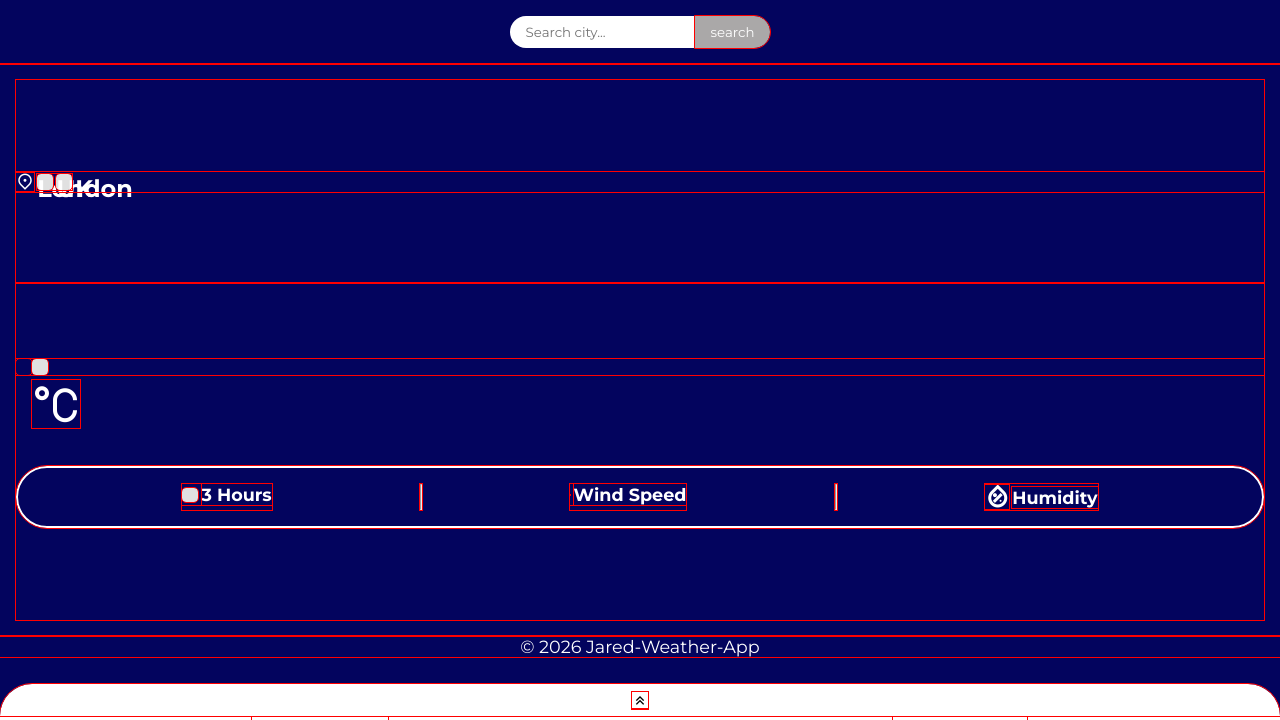
Repository: EguJaredoBoyd/Jared-Weather-App
Page: main.html
These files come from the project's save history. The page is drawn as it stood at one moment and after the next save; the edit follows.
The browser window is 1280 px wide. The pictures show the whole page.
Some icons come from a web library that is not loaded, so they are not drawn. Some web libraries are served in a nearby version.

Above is the page before, as saved 2026-02-12 05:09:08.

After the next save:
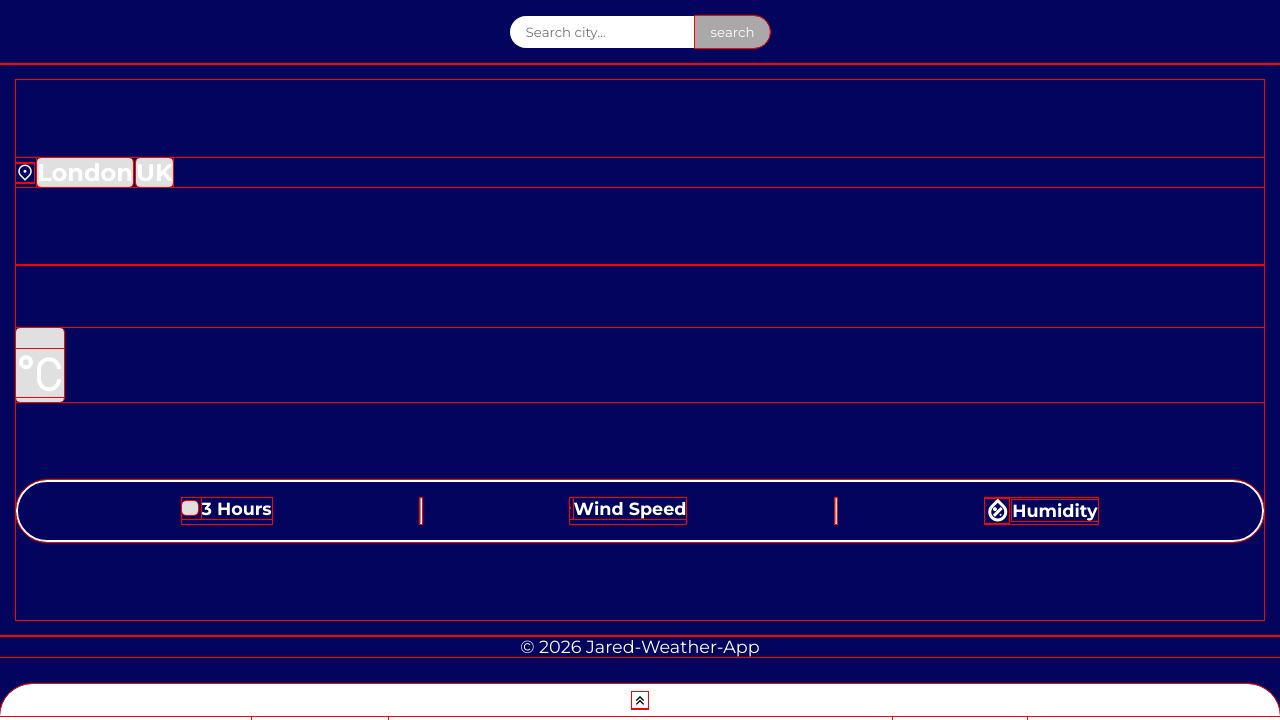
Saved 20 s later.
--- a/css/skeleton-loading.css
+++ b/css/skeleton-loading.css
@@ -12,8 +12,6 @@
 }
 
 .skeleton-text {
-  width: 1rem;
-  height: 1rem;
 }
 
 @keyframes shimmer {
